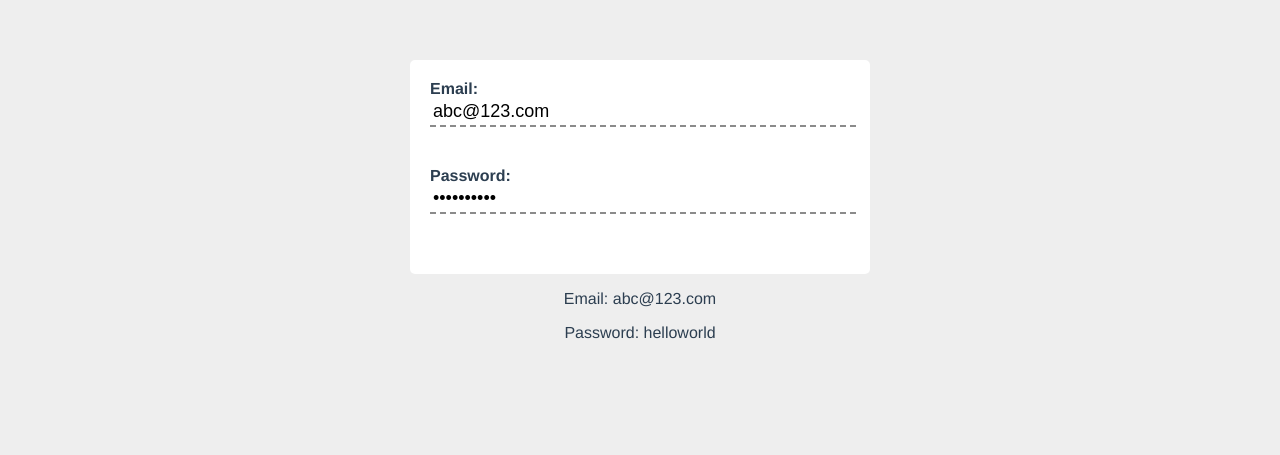
Repository: technogize/vue-forms
Page: /
These files come from the project's save history. The page is drawn as it stood at one moment and after the next save; the edit follows.
The browser window is 1280 px wide. The pictures show the whole page.
The project was rebuilt for these pictures with package versions that can differ from the ones it lists, and the page was loaded fresh each time.

Above is the page before, as saved 2021-02-26 14:21:10.

### src/App.vue
<template>
  <SignupForm />
</template>

<script>
import SignupForm from './components/SignupForm';

export default {
  name: 'App',
  components: {
    SignupForm
  }
}
</script>

<style>
#app {
  font-family: Avenir, Helvetica, Arial, sans-serif;
  -webkit-font-smoothing: antialiased;
  -moz-osx-font-smoothing: grayscale;
  text-align: center;
  color: #2c3e50;
  margin-top: 60px;
}

body {
  margin: 0;
  background: #eee;
}
</style>

### src/components/SignupForm.vue
<template>
  <form>
    <!-- v-model syncs the data in the input with the data properties -->
    <div class="field">
      <label>Email: </label>
      <input type="email" required v-model="email" />
    </div>
    <div class="field">
      <label>Password: </label>
      <input type="password" required v-model="password" />
    </div>
  </form>

  <p>Email: {{email}}</p>
  <p>Password: {{password}}</p>
</template>

<script>
export default {
  data() {
    return {
      email: 'abc@123.com',
      password: 'helloworld'
    }
  }
}
</script>

<style scoped>
  form {
    max-width: 420px;
    border-radius: 5px;
    background: white;
    padding: 20px;
    margin: 0 auto;
  }

  label {
    font-weight: 700;
    display: block;
    text-align: left;
  }

  input {
    display: block;
    width: 100%;
    font-size: 18px;
    padding: 3px;
    border: none;
    border-bottom: 2px dashed rgb(139, 139, 139);
  }

  input:focus {
    outline: none;
    border-bottom: 2px solid rgb(139, 139, 139);
  }

  .field {
    margin-bottom: 40px;
  }
</style>

Loaded but not shown: public/index.html (common file); src/main.js (common file)

After the next save:
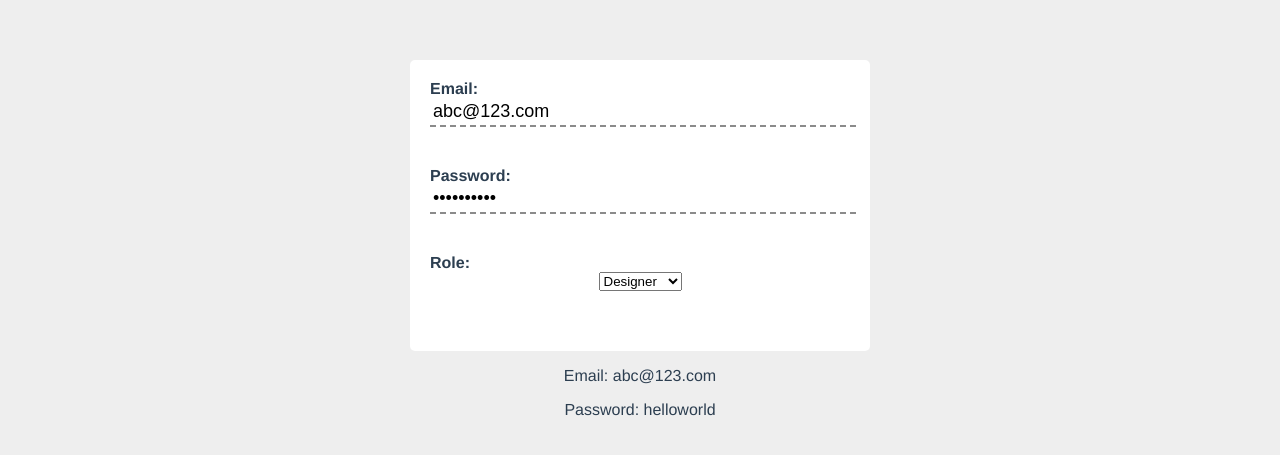
Saved 2 min 25 s later.
--- a/src/components/SignupForm.vue
+++ b/src/components/SignupForm.vue
@@ -8,6 +8,13 @@
     <div class="field">
       <label>Password: </label>
       <input type="password" required v-model="password" />
+    </div>
+    <div class="field">
+      <label>Role: </label>
+      <select>
+        <option value="Designer">Designer</option>
+        <option value="Developer">Developer</option>
+      </select>
     </div>
   </form>
 
